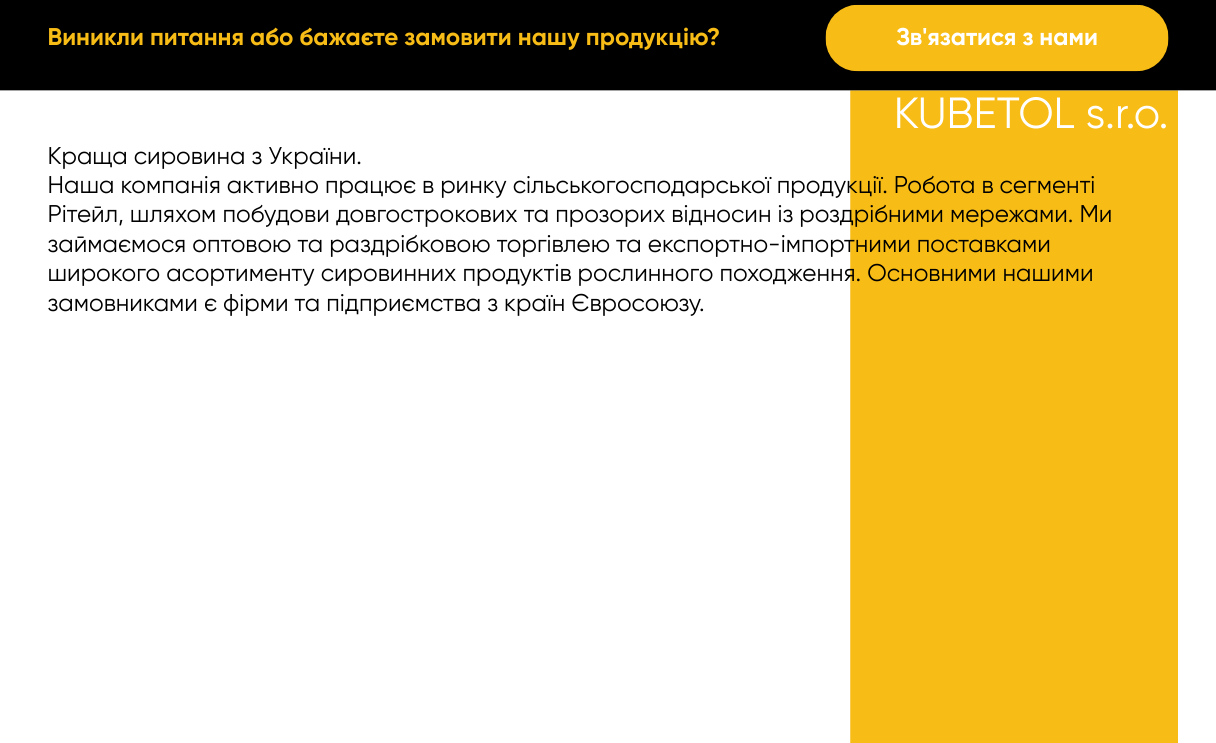
Repository: fanbear/Kubetol
Page: index.html
These files come from the project's save history. The page is drawn as it stood at one moment and after the next save; the edit follows.
The browser window is 1280 px wide. The pictures show the part of the page from y = 1198 to 2221 px (the page is 1980 px tall before and 2221 px after), at 95% of full size.

Above is the page before, as saved 2023-04-06 20:08:31.

### index.html
<!DOCTYPE html>
<html lang="en">

<head>
    <meta charset="UTF-8">
    <meta http-equiv="X-UA-Compatible" content="IE=edge">
    <meta name="viewport" content="width=device-width, initial-scale=1.0">
    <title>Document</title>
    <link rel="stylesheet" href="">
    <link rel="stylesheet" href="css/critical.css">
</head>

<body>
    <header class="header">
        <div class="flex-container flex-bettwen flex-ac">
            <div class="header-language flex">
                <div class="language-active">Ua</div>
                <ul class="language-list">
                    <li><a href="/">Pl</a></li>
                    <li><a href="/">Cz</a></li>
                    <li><a href="/">En</a></li>
                </ul>
                <div class="header-list__open no-transform"></div>
            </div>
            <div class="header-title">KUBETOL s.r.o. - Сировина з України</div>
            <div class="header-logotype flex flex-center"><a href="/"><img src="img/logotype.webp" alt="KUBETOL"
                        width="223" height="78"></a></div>
            <div class="header-email"><a href="mailto:kubetol@seznam.cz">kubetol@seznam.cz</a></div>
            <div class="header-action flex flex-bettwen">
                <div class="header-search flex flex-ac">
                    <img src="./img/search.webp" alt="KUBETOL search" width="30" height="30">
                </div>
                <div class="header-phone flex flex-ac">
                    <img src="/img/phone.webp" alt="KUBETOL Phone" width="30" height="30">
                </div>
                <div class="header-menu flex flex-ac flex-center">
                    <span></span>
                    <span></span>
                    <span></span>
                </div>
                <div class="header-menu__list flex">
                    <ul>
                        <li><a href="/">Головна</a></li>
                        <li><a href="/">Про нас</a></li>
                        <li><a href="/">Продукція</a></li>
                        <li><a href="/">Контакти</a></li>
                        <li><a href="/">Новини</a></li>
                    </ul>
                </div>
            </div>
        </div>
    </header>
    <main>
        <section class="slider-video__wrapper">
            <div class="owl-carousel main-video__sldier">
                <div class="slider-item">
                    <video muted loop id="slider-video" data-preload="./video/video.mp4" poster="./img/video-fon.webp">
                        <source src="" type="video/mp4">
                    </video>
                    <div class="slider-caption">
                        <div class="flex-container video-item">
                            <div class="video-wrapper__title">Українcька Якість</div>
                            <div class="video-wrapper__subtitle">
                                Ми є провідним постачальником сировини з України із мережею Европейського рівня,
                                технологіями та послугами, які потрібні
                                нашим клієнтам.
                            </div>
                            <div class="video-wrapper__button flex flex-ac flex-center btn-h-yellow"><a
                                    href="/">Детальніше</a></div>
                        </div>
                        <div class="slider-video__text">
                            <div class="slider-video__text-big">Přírozenos</div>
                            <div class="slider-video__text_small">pro potěšení</div>
                        </div>
                    </div>
                    <div class="video-slide__yellow-figure">
                        <img src="img/video-slider-flower.webp" alt="" width="529" height="529">
                    </div>
                    <div class="video-slider__overlay"></div>
                </div>
                <div class="slider-item">
                    <img src="./img/video-img-1.webp" alt="">
                    <div class="slider-caption">
                        <div class="flex-container video-item">
                            <div class="video-wrapper__title">Українcька Земля</div>
                            <div class="video-wrapper__subtitle">
                                Ми є провідним постачальником сировини з України із мережею Европейського рівня,
                                технологіями та послугами, які потрібні
                                нашим клієнтам.
                            </div>
                            <div class="video-wrapper__button flex flex-ac flex-center btn-h-yellow"><a
                                    href="/">Детальніше</a></div>
                        </div>
                        <div class="slider-video__text">
                            <div class="slider-video__text-big">Справжьнє</div>
                            <div class="slider-video__text_small">Сонячне жито</div>
                        </div>
                    </div>
                    <div class="video-slide__yellow-figure">
                        <img src="img/video-slider-flower.webp" alt="" width="529" height="529">
                    </div>
                    <div class="video-slider__overlay"></div>
                </div>
                <div class="slider-item">
                    <img src="./img/video-img-2.webp" alt="">
                    <div class="slider-caption">
                        <div class="flex-container video-item">
                            <div class="video-wrapper__title">Українcьке Небо</div>
                            <div class="video-wrapper__subtitle">
                                Ми є провідним постачальником сировини з України із мережею Европейського рівня,
                                технологіями та послугами, які потрібні
                                нашим клієнтам.
                            </div>
                            <div class="video-wrapper__button flex flex-ac flex-center btn-h-yellow"><a
                                    href="/">Детальніше</a></div>
                        </div>
                        <div class="slider-video__text">
                            <div class="slider-video__text-big">Блакитне</div>
                            <div class="slider-video__text_small">Без Хмарне</div>
                        </div>
                    </div>
                    <div class="video-slide__yellow-figure">
                        <img src="img/video-slider-flower.webp" alt="" width="529" height="529">
                    </div>
                    <div class="video-slider__overlay"></div>
                </div>
            </div>
        </section>
        <section class="dark-line">
            <div class="flex-container flex-bettwen flex-ac">
                <div class="dark-line__text">Виникли питання або бажаєте замовити нашу продукцію?</div>
                <div class="dark-line__button flex flex-center flex-ac">
                    <span>Зв'язатися з нами</span>
                </div>
            </div>
        </section>
        <section class="kubetol-digits">
            <div class="flex-container flex-bettwen">
                <div class="kubetol-digits__title">KUBETOL s.r.o.</div>
                <div class="kubetol-digits__figure flex"></div>
                <div class="kubetol-digits__text">
                    Краща сировина з України.<br>
                    Наша компанія активно працює в ринку сільськогосподарської продукції. Робота в сегменті Рітейл,
                    шляхом побудови
                    довгострокових та прозорих відносин із роздрібними мережами.
                    Ми займаємося оптовою та раздрібковою торгівлею та експортно-імпортними поставками широкого
                    асортименту сировинних
                    продуктів рослинного походження.
                    Основними нашими замовниками є фірми та підприємства з країн Євросоюзу.
                </div>
            </div>
        </section>
    </main>
    <footer>
        <link rel="stylesheet" type="text/css"
            href="https://cdnjs.cloudflare.com/ajax/libs/OwlCarousel2/2.3.4/assets/owl.carousel.min.css">
        <link rel="stylesheet" type="text/css"
            href="https://cdnjs.cloudflare.com/ajax/libs/OwlCarousel2/2.3.4/assets/owl.theme.default.min.css">
        <link rel="stylesheet" href="css/main.css">
        <script src="https://code.jquery.com/jquery-3.6.0.min.js"></script>
        <script src="https://cdnjs.cloudflare.com/ajax/libs/OwlCarousel2/2.3.4/owl.carousel.min.js"></script>
        <script src="js/main.js"></script>
    </footer>
</body>

</html>


<!--
    Шапка сайту:
        Мови -
        Меню -
     ---------------------------- 4г
    Відео слайдер --------------- 4г
    Темна лінія з кнопкой -




-->

### css/critical.css
@import url('variables.css');
@import url('animation.css');
@import url('fonts.css');



/* Setting ---------------------------------------------
--------------------------------------------------------
-------------------------------------------------------- */

html, body {
    margin: 0;
    padding: 0;
    font-family: "Gilroy";
}

/* Base container */
.flex-container {
    display: flex;
    flex-wrap: wrap;
    max-width: var(--width);
    min-width: var(--width);
    margin: 0 auto;
    padding: 0 10px;
    height: 100%;
    position: relative;
}

.flex {
    display: flex;
}

.flex-center {
    justify-content: center;
}

.flex-bettwen {
    justify-content: space-between;
}

.flex-evenly {
    justify-content: space-evenly;
}

.flex-around {
    justify-content: space-around;
}

.flex-ac {
    align-items: center;
}

.no-transform {
    transform: rotate(0);
    transition: 0;
}

.btn-h-yellow:hover {
    background-color: var(--yellow-color);
    cursor: pointer;
    transition: 0.4s;
}

.btn-h-yellow a:hover {
    color: var(--dark-color);
    transition: 0.4s;
}

body {
    font-size: var(--font-25);
    color: var(--dark-color);
}

a {
    font-size: var(--font-25);
    color: var(--dark-color);
    text-decoration: none;
    transition: 0.4s;
}

a:hover {
    transition: 0.4s;
}

.slider-item {
    max-height: 1080px;
    margin: -15px 0;
}

/* -------------------------------------------------------------------------
----------------------------------------------------------------------------
---------------------------------------------------------------------------- */

/* Header section ---------------------------
---------------------------------------------
--------------------------------------------- */
header {
    height: 133px;
    background-color: #ffffff;
}

/* Language ----- */
.header-language {
    position: relative;
}

.language-list {
    list-style: none;
    margin: 0;
    padding: 0;
    position: absolute;
    background-color: var(--dark-color);
    padding: 14px 20px;
    border-radius: 30px;
    position: absolute;
    top: 30px;
    transform: scale(0);
    opacity: 0;
    z-index: -1;
}

.language-list a {
    color: var(--white-color);
}

.language-list a:hover {
    color: var(--yellow-color);
}

.language-active {
    color: var(--yellow-color);
    font-weight: bold;
}

.header-list__open {
    width: 25px;
    height: 25px;
    display: flex;
    justify-content: center;
    align-items: center;
    position: relative;
    cursor: pointer;
    transition: 0.2s;
    transform-origin: center center;
}

.header-list__open::before,
.header-list__open::after {
    width: 12px;
    height: 2px;
    background-color: var(--yellow-color);
    content: '';
    display: block;
    position: absolute;
    bottom: 6px;
    transition: 0.2s;
    transform-origin: center center;
}

.header-list__open::before {
    transform: rotate(45deg);
    left: 3px;
}

.header-list__open::after {
    transform: rotate(-45deg);
    right: 3px;

}

.header-list__open:hover::before,
.header-list__open:hover::after {
    background-color: var(--dark-color);
    transition: 0.4s;
}

.header-list__open-transform {
    transform: rotate(180deg);
    transform-origin: center center;
    bottom: -10px;
}

.language-list-opened {
    transform: scale(1);
    z-index: 9999;
    opacity: 1;
    animation: var(--animation-language);
}

/* Header logotype --- */
.header-logotype {
    margin-top: -22px;
    margin: 0 5%;
}

/* Header title --- */
.header-title {
    font-size: var(--font-16);
    font-weight: bold;
}


/* Header search, phone, menu  ---- */

.header-action div:nth-child(1),
.header-action div:nth-child(2) {
    margin-right: 15px;
}

.header-menu {
    position: relative;
    min-width: 40px;
    cursor: pointer;
    transition: 0.4s;
}

.header-menu span {
    width: 12px;
    height: 12px;
    background-color: var(--yellow-color);
    border-radius: 50%;
}

.header-menu span:nth-child(2) {
    display: flex;
    margin: 0 2px;
}

.header-menu:hover span:nth-child(2) {
    margin-bottom: -10px;
    background-color: var(--dark-color);
    transition: 0.4s;
}

.header-menu__list {
    position: absolute;
    background-color: var(--dark-color);
    border: 30px;
    padding-top: 35px;
    padding-right: 16px;
    min-width: 200px;
    justify-content: flex-end;
    border-radius: 30px;
    top: 95px;
    right: 0;
    transform: scale(0);
    opacity: 0;
    z-index: -1;
    transition: 0.6s;
    min-height: 200px;
    min-width: 220px;
    height: auto;
}

.header-menu__list ul {
    padding: 0;
    margin: 0;
    list-style: none;
    text-align: right;
}

.header-menu__list ul li a {
    color: var(--white-color);
    transition: 0.2s;
}

.header-menu__list ul li a:hover {
    color: var(--yellow-color);
    font-weight: 600;
    transition: 0.2s;
}

.header-menu__active {
    transform: scale(1);
    opacity: 1;
    z-index: 9999;
    transition: 0.6s;
}

.header-menu__no-active {
    z-index: -1;
    transform: scale(0);
    transition: 0.6s;
}

### css/main.css
@import url('variables.css');
@import url('animation.css');


/* Main page slider */


.slider-item img {
    display: block;
    width: 100%;
    height: auto;
}

.slider-video__wrapper {
    position: relative;
}

.slider-video__wrapper video {
    width: 100%;
    min-height: 1080px;
}

.video-item {
    flex-direction: column;
}

.video-slider__overlay {
    position: absolute;
    top: 0;
    left: 0;
    bottom: 0;
    right: 0;
    margin: 0 auto;
    background-color: rgb(170, 170, 170, 0.3);
    z-index: 1;
}

.slider-caption {
    position: absolute;
    top: 0;
    z-index: 10;
    display: flex;
    width: 100%;
}

.video-wrapper__title {
    font-size: var(--font-100);
    font-weight: 900;
    color: var(--white-color);
    max-width: 50%;
    margin-top: 169px;
    text-transform: uppercase;
}

.video-wrapper__subtitle {
    margin-top: 33px;
    color: var(--white-color);
    max-width: 50%;
    overflow-y: hidden;
    max-height: 180px;
    height: 180px;

}

.video-wrapper__button {
    width: 361px;
    height: 62px;
    border-radius: 30px;
    background-color: var(--dark-color);
    box-sizing: border-box;
    border: 1px solid transparent;
}

.video-wrapper__button:hover {
    border: 1px solid var(--dark-color);
}

.video-wrapper__button a {
    color: white;
    text-transform: uppercase;
    font-weight: 600;
    margin-bottom: -4px;

}

.video-slide__yellow-figure {
    display: flex;
    position: absolute;
    background-color: rgb(250, 188, 21, 0.95);
    width: 40%;
    min-height: 569px;
    max-height: 569px;
    top: 103px;
    border-radius: 0 270px 270px 0;
    z-index: 2;
    justify-content: flex-end;
    align-items: center;
    padding-right: 25px;
}

.video-slide__yellow-figure img {
    width: 529px !important;
    height: 529px;
}

.slider-video__text {
    position: absolute;
    bottom: -213px;
    left: calc((100% - var(--width)) / 4);
    z-index: -1;
}

.slider-video__text-big {
    font-size: 170px;
    font-weight: 400;
    text-transform: uppercase;
    color: var(--yellow-color);
    line-height: 1;
    text-shadow: 0 0.1px 0px rgb(105, 105, 105);
}

.slider-video__text_small {
    font-size: var(--font-43);
    color: var(--white-color);
    opacity: 0.6;
}

.slider-video__wrapper .owl-dots {
    position: absolute;
    top: 50%;
    right: calc((100% - var(--width)) / 2);
}

.slider-video__wrapper .owl-dots button {
    background-color: var(--yellow-color);
    width: 18px;
    height: 18px;
    border-radius: 50%;
    margin: 0 3px;
}

.slider-video__wrapper .owl-dots .active {
    background-color: transparent;
    border: 2px solid var(--yellow-color);
}

/* Dark line whit button */
.dark-line {
    background-color: var(--dark-color);
    height: 110px;
}

.dark-line__text {
    color: var(--yellow-color);
    font-weight: bold;
}

.dark-line__button {
    background-color: var(--yellow-color);
    color: var(--white-color);
    width: 361px;
    height: 70px;
    border-radius: 34px;
    font-weight: bold;
    cursor: pointer;
    border: 2px solid transparent;
    box-sizing: border-box;
    transition: 0.4s;
}

.dark-line__button:hover {
    background-color: transparent;
    border: 2px solid var(--yellow-color);
    color: var(--yellow-color);
    transition: 0.4s;
}


/* Kubetol digits */
.kubetol-digit {
    position: relative;
}

.kubetol-digits__title {
    margin-left: auto;
    font-size: var(--font-43);
    color: white;
}

.kubetol-digits__figure {
    height: 687px;
    background-color: var(--yellow-color);
    min-width: 345px;
    position: absolute;
    z-index: -1;
    right: 0;
}

### js/main.js
document.addEventListener('DOMContentLoaded', () => {

    // Language list open ------------------------
    // -------------------------------------------
    // -------------------------------------------
    const langList = document.querySelector('.language-list');
    const langBtn = document.querySelector('.header-list__open');

    langBtn.addEventListener('click', () => {

        if (langBtn.classList.contains('no-transform')) {
            langBtn.classList.add('header-list__open-transform');
            langBtn.classList.remove('no-transform');
        } else {
            langBtn.classList.remove('header-list__open-transform');
            langBtn.classList.add('no-transform');
        }
        langList.classList.toggle('language-list-opened');

    })


    // Header Menu -----------------------
    // -----------------------------------
    // -----------------------------------

    const headeMenuBtn = document.querySelector('.header-menu');
    const headerMenuList = document.querySelector('.header-menu__list');

    headeMenuBtn.addEventListener('click', () => {

        if (!headerMenuList.classList.contains('header-menu__active')) {
            headerMenuList.classList.add('header-menu__active');
            headerMenuList.classList.remove('header-menu__no-active');
        } else {
            headerMenuList.classList.add('header-menu__no-active');
            headerMenuList.classList.remove('header-menu__active');
        }
    })

    //Video fon main page ---------------
    // ----------------------------------
    // ----------------------------------

    const video = document.querySelector('.slider-item video');
    const videoData = video.getAttribute('data-preload')

    if (video) {
        video.querySelector('source').setAttribute('src', videoData);
        setTimeout(() => {
            video.play();
        }, 3000)

    }
})

$(document).ready(function () {
    $(".main-video__sldier").owlCarousel({
        items: 1,
        loop: false,
        dots: true,
        autoplay: false,
        autoplayTimeout: 5000,
        autoplayHoverPause: true
    });
});

### css/variables.css
:root {
    /* Color variables */
    --dark-color: #000000;
    --white-color: #ffffff;
    --yellow-color: #f8bc16;
    --grey-color: #9d9d9d;
    --dark-grey-color: #3a3a3a;
    /* Literal Fonts */
    --font-16: 16.7px;
    --font-25: 25.5px;
    --font-33: 33.3px;
    --font-43: 45.83px;
    --font-100: 100.1px;

    /* Container width */
    --width: 1180px;
}

### css/animation.css
:root {
    --animation-language: language-animation 0.6s ease-in;
}



/* Language - animation */
@keyframes language-animation {
    0% {
        transform: scale(0);
        opacity: 0;
        z-index: -1;
    }

    50% {
        transform: scale(0.5);
        opacity: 0.5;
        z-index: 9999;
    }

    50% {
        transform: scale(1);
        opacity: 1;
        z-index: 9999;
    }

}

### css/fonts.css
@font-face {
    font-family: 'Gilroy';
    src: url('../fonts/Gilroy-UltraLight.ttf') format('opentype');
    font-weight: 200;
    font-style: normal;
}

@font-face {
    font-family: 'Gilroy';
    src: url('../fonts/Gilroy-ThinItalic.ttf') format('opentype');
    font-weight: 300;
    font-style: normal;
}

@font-face {
    font-family: 'Gilroy';
    src: url('../fonts/Gilroy-Regular.ttf') format('opentype');
    font-weight: normal;
    font-style: normal;
}

@font-face {
    font-family: 'Gilroy';
    src: url('../fonts/Gilroy-Medium.ttf') format('opentype');
    font-weight: 500;
    font-style: normal;
}

@font-face {
    font-family: 'Gilroy';
    src: url('../fonts/Gilroy-SemiBold.ttf') format('opentype');
    font-weight: 600;
    font-style: normal;
}

@font-face {
    font-family: 'Gilroy';
    src: url('../fonts/Gilroy-Bold.ttf') format('opentype');
    font-weight: bold;
    font-style: normal;
}

@font-face {
    font-family: 'Gilroy';
    src: url('../fonts/Gilroy-ExtraBold.ttf') format('opentype');
    font-weight: 800;
    font-style: normal;
}

@font-face {
    font-family: 'Gilroy';
    src: url('../fonts/Gilroy-Black.ttf') format('opentype');
    font-weight: 900;
    font-style: normal;
}

After the next save:
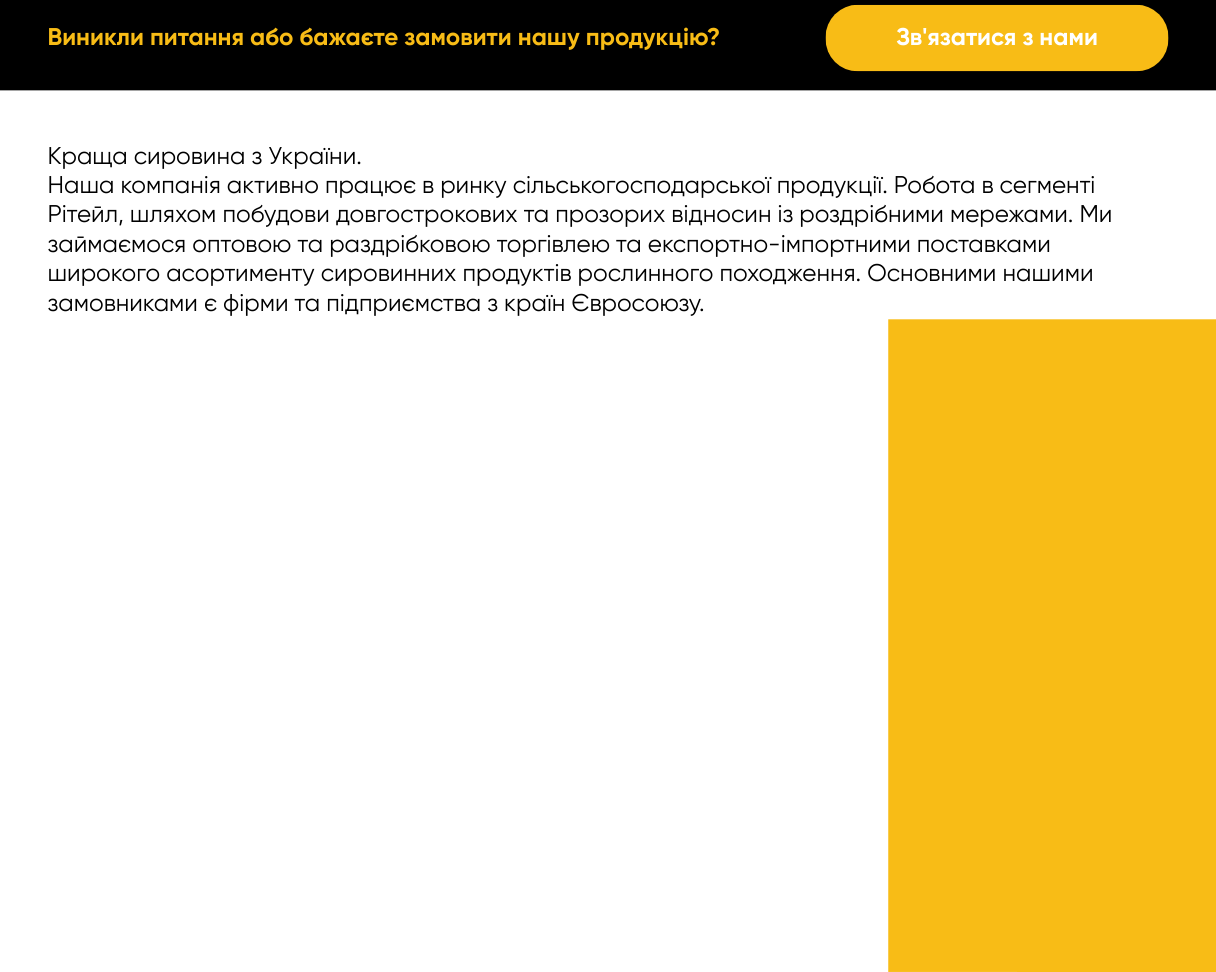
Saved 13 s later.
--- a/index.html
+++ b/index.html
@@ -137,7 +137,7 @@
         <section class="kubetol-digits">
             <div class="flex-container flex-bettwen">
                 <div class="kubetol-digits__title">KUBETOL s.r.o.</div>
-                <div class="kubetol-digits__figure flex"></div>
+
                 <div class="kubetol-digits__text">
                     Краща сировина з України.<br>
                     Наша компанія активно працює в ринку сільськогосподарської продукції. Робота в сегменті Рітейл,
@@ -149,6 +149,7 @@
                     Основними нашими замовниками є фірми та підприємства з країн Євросоюзу.
                 </div>
             </div>
+            <div class="kubetol-digits__figure flex"></div>
         </section>
     </main>
     <footer>
